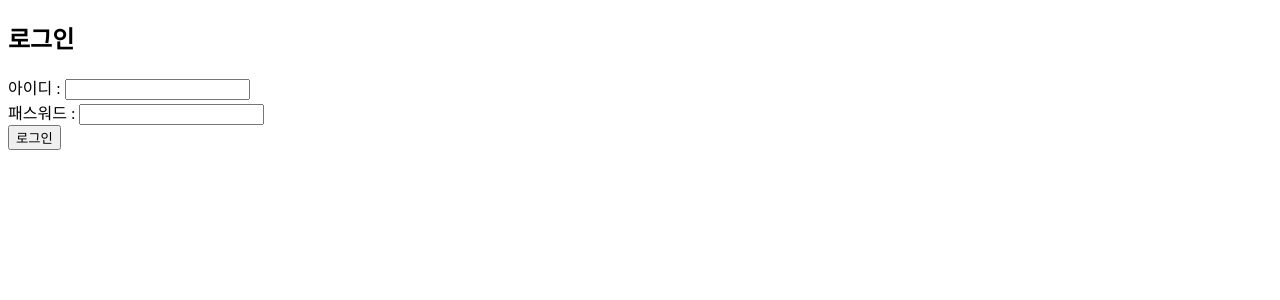
Repository: tnalss/studyWeb
Page: workspace/servlet01/src/main/webapp/login_form.html
An editor plug-in stored every save of this project. The page is shown before and after the next save, followed by the edit.
The browser window is 1280 px wide. The pictures show the whole page.

Above is the page before, as saved 2022-11-10 02:50:57.

### workspace/servlet01/src/main/webapp/login_form.html
<!DOCTYPE html>
<html>
<head>
<meta charset="UTF-8">
<title>Insert title here</title>
</head>
<body>

	<h2>로그인</h2>
	<form action="abc.do" method="post">
		<div class="">
			아이디 : <input type="text" name ="id" />
		</div>
		<div class="">
			패스워드 : <input type="password" name = "pw"/>
		</div>
		<div class="">
		<input type="submit" value="로그인" />
		</div>
	</form>



</body>
</html>

After the next save:
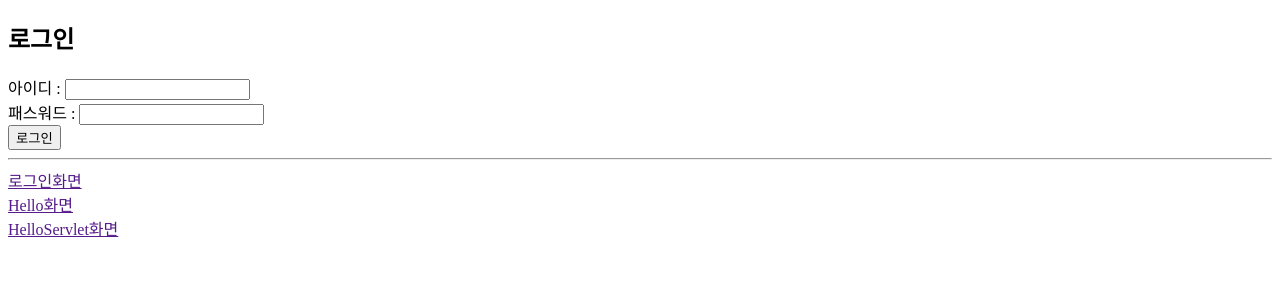
Saved 99 s later.
--- a/workspace/servlet01/src/main/webapp/login_form.html
+++ b/workspace/servlet01/src/main/webapp/login_form.html
@@ -20,6 +20,20 @@
 	</form>
 
 
+	<hr />
+	<div class="">
+	<a href="">로그인화면</a>
+	</div>
+
+	<div class="">
+	<a href="">Hello화면</a>
+	</div>
+
+
+	<div class="">
+	<a href="">HelloServlet화면</a>
+	</div>
+
 
 </body>
 </html>
